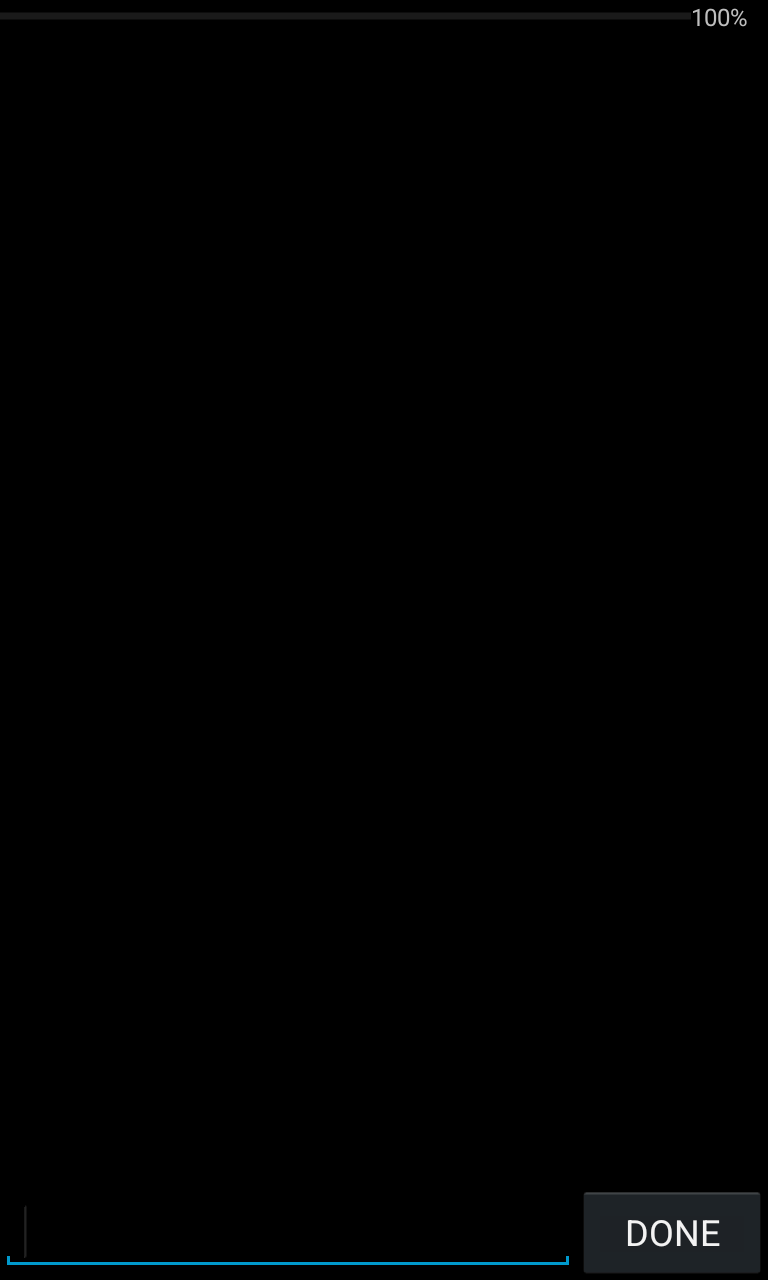
Repository: Minsu-Daniel-Kim/tipinboard1.0
Layout: TipinBoard1.0/res/layout/checklist.xml
The author's editor kept a copy of each file at every save. The layout is drawn from the files as they stood at one save, then again after the next save.
It is drawn on a 768 x 1280 px phone screen (xhdpi) without system bars, with theme android:Theme.Holo; the app's code is not run. Lists and similar views that code fills are empty.

Above is the layout before, as saved 2013-04-15 09:45:45.

### TipinBoard1.0/res/layout/checklist.xml
<?xml version="1.0" encoding="utf-8"?>
<RelativeLayout xmlns:android="http://schemas.android.com/apk/res/android"
    android:layout_width="fill_parent"
    android:layout_height="fill_parent"
    android:orientation="vertical" >

    <LinearLayout
        xmlns:android="http://schemas.android.com/apk/res/android"
        android:id="@+id/layout1"
        android:layout_alignParentTop="true"
        android:layout_width="fill_parent"
        android:layout_height="wrap_content"
        android:orientation="vertical" >

        <LinearLayout
            xmlns:android="http://schemas.android.com/apk/res/android"
            android:layout_width="fill_parent"
            android:layout_height="wrap_content"
            android:orientation="horizontal" >

            <ProgressBar
                android:id="@+id/progressBar"
                style="?android:attr/progressBarStyleHorizontal"
                android:layout_width="0dp"
                android:layout_height="wrap_content"
                android:layout_weight="9"
                android:max="100" />

            <TextView
                android:id="@+id/tv_percent"
                android:layout_width="0dp"
                android:layout_height="wrap_content"
                android:layout_weight="1"
                android:text="100%"
                android:textSize="12dp" />
        </LinearLayout>
    </LinearLayout>

    <ListView
        android:id="@+id/listView"
        android:layout_width="match_parent"
        android:layout_height="wrap_content"
        android:layout_above="@+id/layout2"
        android:layout_below="@+id/layout1" >
    </ListView>

    <LinearLayout
        xmlns:android="http://schemas.android.com/apk/res/android"
        android:id="@+id/layout2"
        android:layout_width="fill_parent"
        android:layout_height="wrap_content"
        android:layout_alignParentBottom="true"
        android:orientation="horizontal" >

        <EditText
            android:id="@+id/et_todoitem"
            android:layout_width="0dp"
            android:layout_height="wrap_content"
            android:layout_weight="3"
            android:ems="10" >

            <requestFocus />
        </EditText>

        <Button
            android:id="@+id/button1"
            android:layout_width="0dp"
            android:layout_height="wrap_content"
            android:layout_weight="1"
            android:onClick="done"
            android:text="DONE" />
    </LinearLayout>

</RelativeLayout>

After the next save:
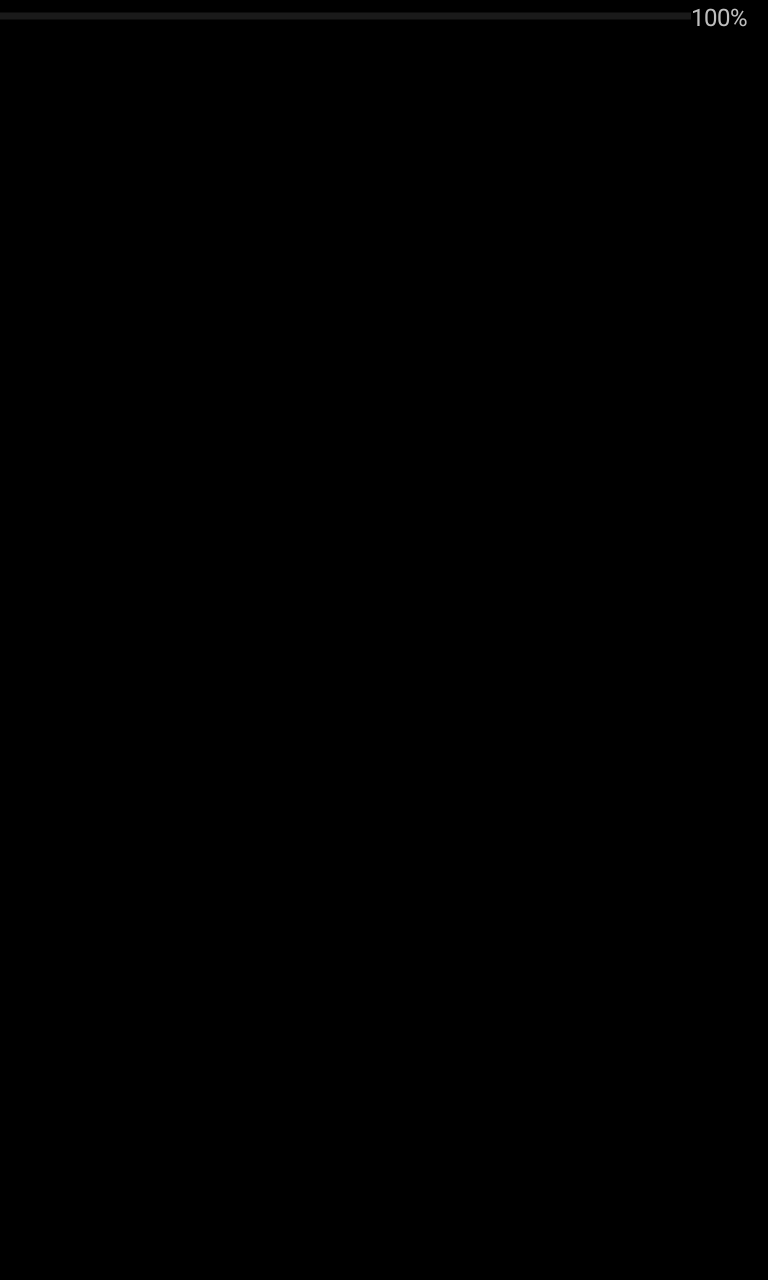
Saved 103 s later.
--- a/TipinBoard1.0/res/layout/checklist.xml
+++ b/TipinBoard1.0/res/layout/checklist.xml
@@ -44,31 +44,31 @@
         android:layout_below="@+id/layout1" >
     </ListView>
 
-    <LinearLayout
-        xmlns:android="http://schemas.android.com/apk/res/android"
-        android:id="@+id/layout2"
-        android:layout_width="fill_parent"
-        android:layout_height="wrap_content"
-        android:layout_alignParentBottom="true"
-        android:orientation="horizontal" >
+<!--     <LinearLayout -->
+<!--         xmlns:android="http://schemas.android.com/apk/res/android" -->
+<!--         android:id="@+id/layout2" -->
+<!--         android:layout_width="fill_parent" -->
+<!--         android:layout_height="wrap_content" -->
+<!--         android:layout_alignParentBottom="true" -->
+<!--         android:orientation="horizontal" > -->
 
-        <EditText
-            android:id="@+id/et_todoitem"
-            android:layout_width="0dp"
-            android:layout_height="wrap_content"
-            android:layout_weight="3"
-            android:ems="10" >
+<!--         <EditText -->
+<!--             android:id="@+id/et_todoitem" -->
+<!--             android:layout_width="0dp" -->
+<!--             android:layout_height="wrap_content" -->
+<!--             android:layout_weight="3" -->
+<!--             android:ems="10" > -->
 
-            <requestFocus />
-        </EditText>
+<!--             <requestFocus /> -->
+<!--         </EditText> -->
 
-        <Button
-            android:id="@+id/button1"
-            android:layout_width="0dp"
-            android:layout_height="wrap_content"
-            android:layout_weight="1"
-            android:onClick="done"
-            android:text="DONE" />
-    </LinearLayout>
+<!--         <Button -->
+<!--             android:id="@+id/button1" -->
+<!--             android:layout_width="0dp" -->
+<!--             android:layout_height="wrap_content" -->
+<!--             android:layout_weight="1" -->
+<!--             android:onClick="done" -->
+<!--             android:text="DONE" /> -->
+<!--     </LinearLayout> -->
 
 </RelativeLayout>
